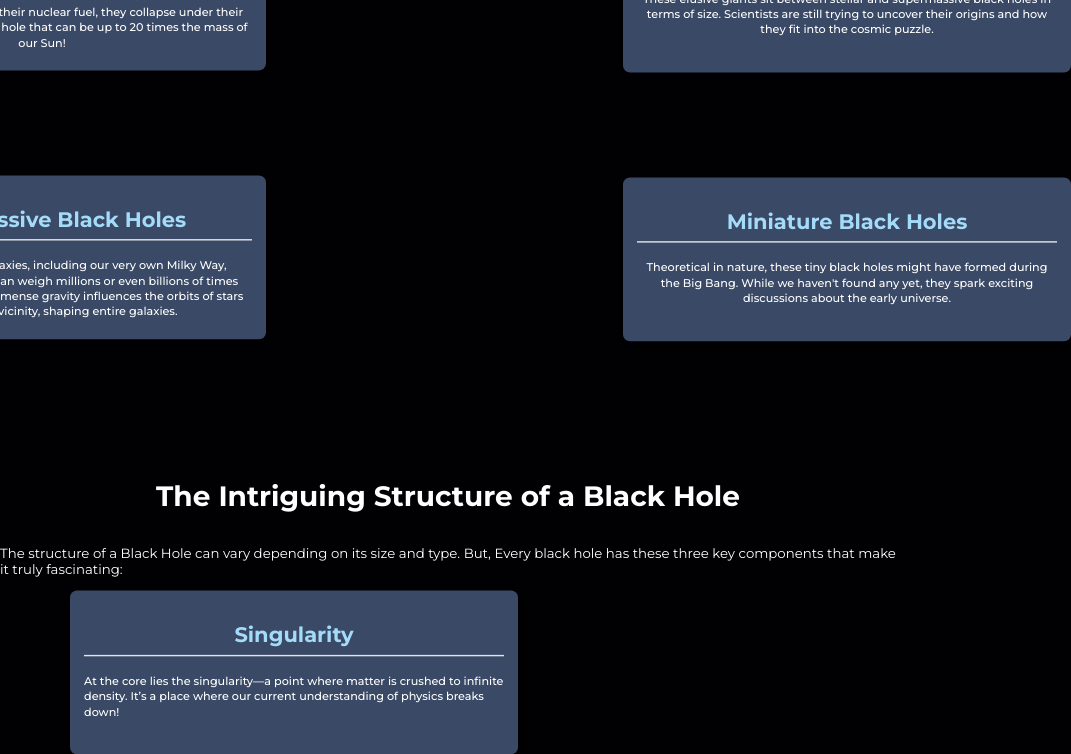
Repository: english-only/Space-Website
Page: black_hole.html
The author's editor kept a copy of each file at every save. The page is drawn from the files as they stood at one save, then again after the next save.
The browser window is 1280 px wide. The page is 1530 px wide, so the pictures cover 1530 px, including what lies to the right of the window. The pictures show the part of the page from y = 1302 to 2902 px (the page is 2379 px tall before and 2902 px after), at 70% of full size.
Backgrounds fixed to the window are drawn as part of the page.

Above is the page before, as saved 2025-04-14 13:34:14.

### black_hole.html
<!DOCTYPE html>
<html lang="en">
  <head>
    <meta charset="utf-8" />
    <meta http-equiv="X-UA-Compatible" content="IE=edge" />
    <title>Welcome to Space</title>
    <meta name="viewport" content="width=device-width, initial-scale=1" />
    <link rel="stylesheet" type="text/css" media="screen" href="main.css" />
  </head>
  <body>
    <div class="background-2 fade-in"></div>
    <div class="wrapper fade-in">
      <nav class="navbar fade-in">
        <a href="index.html"
          ><button class="nav-button fade-in">Home</button></a
        >
        <a href="black_hole.html"
          ><button class="nav-button fade-in">Black Holes</button></a
        >
        <a href="supernovas.html"
          ><button class="nav-button fade-in">Supernovas</button></a
        >
        <a href="nebulas.html"
          ><button class="nav-button fade-in">Nebulas</button></a
        >
      </nav>
      <div class="page-2-hero fade-in">
        <h2>Black Holes:<br />Light Bends, Time Slows</h2>
      </div>
    </div>
    <div class="container">
      <div class="stupid-text">
        <h1>Types of Black Holes: The Cosmic Giants</h1>
        <p>
          Black holes come in various sizes and types, each with its own unique
          characteristics. Let's explore them:
        </p>
      </div>

      <div class="black-hole-container">
        <div class="black-hole-type">
          <h2 class="">Stellar-Mass Black Holes</h2>
          <div class="content">
            <p>
              These incredible objects form when massive stars reach the end of
              their life cycles. After exhausting their nuclear fuel, they
              collapse under their own gravity, creating a black hole that can
              be up to 20 times the mass of our Sun!
            </p>
          </div>
        </div>
        <div class="black-hole-type">
          <h2>Supermassive Black Holes</h2>
          <div class="content">
            <p>
              Found at the heart of galaxies, including our very own Milky Way,
              supermassive black holes can weigh millions or even billions of
              times more than the Sun. Their immense gravity influences the
              orbits of stars and gas in their vicinity, shaping entire
              galaxies.
            </p>
          </div>
        </div>
        <div class="black-hole-type u-idiot intermediate">
          <h2>Intermediate Black Holes</h2>
          <div class="content">
            <p>
              These elusive giants sit between stellar and supermassive black
              holes in terms of size. Scientists are still trying to uncover
              their origins and how they fit into the cosmic puzzle.
            </p>
          </div>
        </div>
        <div class="black-hole-type u-idiot miniature">
          <h2>Miniature Black Holes</h2>
          <div class="content">
            <p>
              Theoretical in nature, these tiny black holes might have formed
              during the Big Bang. While we haven't found any yet, they spark
              exciting discussions about the early universe.
            </p>
          </div>
        </div>
      </div>
    </div>
    <div class="stupid-text">
      <h1>The Intriguing Structure of a Black Hole</h1>
    </div>
    <div class="container-2">
      <div class="idk stupid-text">
        <p>
          The structure of a Black Hole can vary depending on its size and type.
          But, Every black hole has these three key components that make it
          truly fascinating:
        </p>
      </div>
      <div class="black-hole-type">
        <h2 class="text-ig">Singularity</h2>
        <div class="content">
          <p>
            At the core lies the singularity—a point where matter is crushed to
            infinite density. It’s a place where our current understanding of
            physics breaks down!
          </p>
        </div>
      </div>
    </div>
    <script>
      const background = document.querySelector('.background-2');
      let angle = 0;
      const radiusX = 800; // Horizontal radius
      const radiusY = 160; // Vertical radius
      let isAtTop = true;

      function moveBackground() {
        if (isAtTop) {
          // Calculate new position based on angle
          const x = Math.cos(angle) * radiusX; // X position based on cosine
          const y = Math.sin(angle) * radiusY; // Y position based on sine

          // Apply the new position (starting from right side)
          background.style.backgroundPosition = `calc(100% + ${x}px) ${
            50 + y
          }px`; // Center vertically

          // Increment angle for next frame
          angle += 0.0035; // Adjust this value to change speed
        }

        requestAnimationFrame(moveBackground);
      }

      // Start the animation
      moveBackground();
    </script>
  </body>
</html>

### main.css
@import url('https://fonts.googleapis.com/css2?family=Montserrat:ital,wght@0,100..900;1,100..900&display=swap');
@keyframes fadeIn {
  from {
    opacity: 0;
  }
  to {
    opacity: 1;
  }
}

@import url('https://fonts.googleapis.com/css2?family=Quicksand:wght@300..700&display=swap');

/* Fade-in class to be used on elements */
.fade-in {
  opacity: 0; /* Start invisible */
  animation: fadeIn 1s ease-in forwards; /* Apply fade-in animation */
}
body,
html {
  /* Ensure the body and html take full height */
  height: 100%;
  margin: 0;
  font-family: 'Montserrat';
  font-weight: 400;
  color: white;
}

body {
  /* Set a fallback background color */
  background-color: #010104;
}

.background {
  background-attachment: fixed;
  background-image: url('essay-gettyimages-1237093074.webp');
  background-size: cover;
  background-position: center;
  background-repeat: no-repeat;
  position: fixed; /* Keep background fixed while scrolling */
  height: 100vh;
  width: 100%;
  filter: brightness(25%);
  top: 0;
  left: 0;
  z-index: -10;
}

.wrapper {
  display: flex;
  flex-direction: column;
  justify-content: flex-start; /* Align items to the top */
  align-items: center; /* Center items horizontally */
  height: 600px;
  position: relative;
  padding-top: 20px;
  opacity: 0; /* Start invisible */
  animation: fadeIn 0.5s ease-in forwards; /* Apply fade-in animation */
}

.navbar {
  display: flex;
  gap: 50px;
  margin-top: 5px; /* Adjust as needed for spacing from the top */
}

.nav-button {
  padding: 12px 20px;
  border: 2px solid white;
  background-color: rgba(0, 0, 0, 0.5);
  color: white;
  font-size: 16px;
  cursor: pointer;
  transition: background-color 0.3s, color 0.3s;
  font-family: 'Red Hat Display';
  font-weight: 600;
  font-size: 20px;
  width: 180px;
  border-radius: 800px;
  font-family: Montserrat;
}

.nav-button:hover {
  background-color: white;
  color: black;
}

.hero-text {
  color: white;
  font-size: 50px;
  font-weight: 700;
  text-align: center;
  padding: 0; /* Remove padding to minimize hover area */
  display: inline-block; /* Restrict hover area to text content */
  transition: text-shadow 0.3s ease-in-out, transform 0.3s ease-in-out; /* Smooth transition */
}

.hero-text:hover {
  text-shadow: 3px 4px 3px rgba(255, 255, 255, 0.7); /* White shadow */
  transform: translateY(-10px); /* Raised effect */
}

@keyframes fadeInOut {
  0% {
    opacity: 0.5;
  }
  50% {
    opacity: 1;
  }
  100% {
    opacity: 0.5;
  }
}

.card-wrapper {
  display: flex;
  flex-direction: column; /* Stack cards vertically */
  align-items: center; /* Center cards horizontally */
  margin-top: 50px; /* Adjusts space from the top */
}

.row {
  display: flex;
  gap: 650px; /* Space between the cards */
  justify-content: center; /* Center the row */
  align-items: flex-start; /* Align cards to the top */
}

.black_hole {
  margin-left: -100px; /* Move the Black Holes card to the left */
  width: 500px;
}

.black_hole a {
  margin-right: -450px;
}

.black_hole p {
  margin-left: 80px;
}

.cards {
  font-size: 25px;
  color: white;
  box-sizing: border-box;
  position: relative;
  top: -150px; /* Moves the element upwards */
  text-align: center;
}

.cards a {
  color: white;
  text-decoration: none;
  border: white 2px solid;
  display: inline-block;
  text-align: center;
  box-sizing: border-box;
  padding: 6px 20px;
  line-height: normal;
  transition: text-shadow 0.3s ease-in-out, transform 0.3s ease-in-out,
    background-color 0.3s ease-in-out, color 0.3s ease-in-out;
  border-radius: 600px;
}

.cards a:hover {
  text-shadow: 2px 2px 5px rgba(255, 255, 255, 0.7);
  transform: translateY(-5px);
  background-color: rgb(223, 223, 223);
  color: black;
}

.cards a h3 {
  margin: 0;
  padding: 0;
}

.cards p {
  margin-top: 15px;
  width: 800px; /* Adjust width to fit within card */
}

.cards p:hover {
  text-shadow: 2px 2px 5px rgba(255, 255, 255, 0.6);
  transform: translateY(-5px);
  transition: text-shadow 0.3s ease-in-out, transform 0.3s ease-in-out;
}

.nebula-card {
  margin-top: 100px;
}

.nebula-card a {
  justify-content: center;
  align-items: center;
  margin-left: 40px;
}

.nebula-card p {
  text-align: left;
  text-wrap: pretty;
  text-align: left; /* Align text to the left */
  width: 100%; /* Ensure the card takes the full width */
  margin-left: 100px;
  margin-right: 200px;
  max-width: 1750px;
  text-align: center; /* Align text to the center */
}

.videos {
  margin-top: 50px; /* Adjust the space below the Nebula card */
  text-align: center;
  width: 100%; /* Ensure it takes the full width */
  text-decoration: underline;
}

.videos h2 {
  position: relative; /* Ensure the text is positioned in normal flow */
  z-index: 1; /* Make sure it's above other content */
  pointer-events: auto; /* Allow text selection */
  overflow: visible; /* Ensure text is not clipped */
}

.video-links {
  display: grid;
  grid-template-columns: repeat(3, 400px); /* 3 columns, each 400px wide */
  grid-template-rows: repeat(2, 400px); /* 3 rows, each 400px tall */
  gap: 100px; /* Space between grid items */
  justify-content: center; /* Center the grid horizontally within the container */
  align-items: center; /* Center the grid items vertically */
  margin-top: -120px; /* Space above the grid (adjust this to decrease the gap) */
  margin-left: 160px;
  font-weight: 600;
}

.button-container {
  display: contents; /* Ensure buttons are placed directly in the grid */
}

.button-container a {
  display: block; /* Ensure buttons occupy full width of their grid cell */
  width: 215px; /* Full width of the grid cell */
  text-align: center;
  color: white;
  font-size: 20px;
  text-decoration: none; /* Remove underline */
  border: 2px solid white;
  padding: 8px 12px;
  border-radius: 600px;
  height: 30px;
  transition: background-color 0.3s, color 0.3s;
  margin-bottom: 10px; /* Decrease the space between the buttons and the text below */
  padding-top: 13px;
}

.button-container a:hover {
  background-color: white;
  color: black;
  font-weight: 700;
}

.images {
  display: contents; /* Ensure images are placed directly in the grid */
}

.black-hole-image,
.supernova-image,
.nebula-image {
  width: 100%; /* Full width of the grid cell */
  border: 2px solid white;
  border-radius: 20px;
  margin-top: -630px; /* Decrease the space between the images and the buttons above */
  margin-left: -10px;
}
.black-hole-image {
  transition: transform 0.3s ease-in-out;
}

.black-hole-image:hover {
  transform: scale(1.09);
}

.supernova-image {
  transition: transform 0.3s ease-in-out, opacity 1s ease-in;
}

.supernova-image:hover {
  transform: scale(1.09);
  animation: fadeIn 1s ease-in forwards;
}

.nebula-image {
  transition: transform 0.3s ease-in-out;
}

.nebula-image:hover {
  transform: scale(1.09);
}

.black-hole-image {
  width: 100%; /* Full width of the grid cell */
  border: 2px solid white;
  border-radius: 20px;
  margin-top: -630px; /* Decrease the space between the images and the buttons above */
  margin-left: -95px;
}

.supernova-image {
  width: 100%; /* Full width of the grid cell */
  border: 2px solid white;
  border-radius: 20px;
  margin-top: -630px; /* Decrease the space between the images and the buttons above */
  margin-left: -95px;
}

.nebula-image {
  height: 270px;
  width: auto;
  border: 2px solid white;
  border-radius: 20px;
  margin-top: -630px; /* Decrease the space between the images and the buttons above */
  margin-left: -125px;
}

/* page 2 from below */
.background-2 {
  background-attachment: fixed;
  background-image: url('thumb-1920-1346075.png');
  background-size: cover;
  background-position: 300px;
  background-repeat: no-repeat;
  position: fixed; /* Keep background fixed while scrolling */
  height: 100vh;
  width: 100%;
  z-index: -1; /* Place the background behind other content */
  filter: blur(5px) brightness(45%);
}

.page-2-hero {
  color: white;
  font-size: 50px;
  font-weight: 700;
  text-align: center;
  padding: 0; /* Remove padding to minimize hover area */
  display: inline-block; /* Restrict hover area to text content */
  transition: text-shadow 0.3s ease-in-out, transform 0.3s ease-in-out; /* Smooth transition */
}

.page-2-hero h2 {
  padding-top: 30px;
}

.page-2-hero:hover {
  text-shadow: 3px 4px 3px rgba(255, 255, 255, 0.7); /* White shadow */
  transform: translateY(-10px); /* Raised effect */
}

.container {
  max-width: 800px;
  margin: 0 auto;
  padding: 20px 0 20px 0;
  padding-bottom: 20px;
  text-align: center;
  margin-top: 360px;
}

.stupid-text {
  color: white;
}

.stupid-text p {
  font-size: 19px;
}

.stupid-text h1 {
  font-size: 40px;
  text-wrap: nowrap;
  text-decoration: ;
}

.stupid-text:hover {
  cursor: auto;
}

h1 {
  text-align: center;
  color: #ffffff;
}

.black-hole-type {
  background-color: #89aae96d;
  border-radius: 10px;
  padding: 20px;
  margin-bottom: 30px;
  box-shadow: 0 4px 6px rgba(0, 0, 0, 0.1);
  transition: transform 0.3s ease;
  max-width: 600px;
  margin-bottom: 150px;
  height: 194px;
  margin-left: 100px;
}

.black-hole-type:hover {
  transform: scale(1.02);
}

.content {
  align-items: baseline;
  gap: 20px;
  font-weight: 500;
  line-height: 22px;
  font-size: 16px;
}

.black-hole-type h2 {
  color: #a4dbf9;
  border-bottom: 2px solid #e5e5e5;
  padding-bottom: 10px;
  font-size: 30px;
}

.u-idiot {
  margin-left: 1250px;
  min-width: 600px;
}

.intermediate {
  margin-top: -765px;
  padding: 20px;
}

.black-hole-container {
  margin-left: -600px;
}

.black-hole-type {
  animation: fadeIn 1s ease-in;
}

.idk {
  display: flex;
  justify-content: center;
  align-items: center;
  width: 100%;
}
.text-ig {
  justify-content: center;
  align-items: center;
  width: 100%;
  display: flex;
}

@keyframes fadeIn {
  from {
    opacity: 0;
  }
  to {
    opacity: 1;
  }
}

@media (max-width: 600px) {
  .content {
    flex-direction: column;
  }
}

@keyframes fadeIn {
  from {
    opacity: 0;
  }
  to {
    opacity: 1;
  }
}

After the next save:
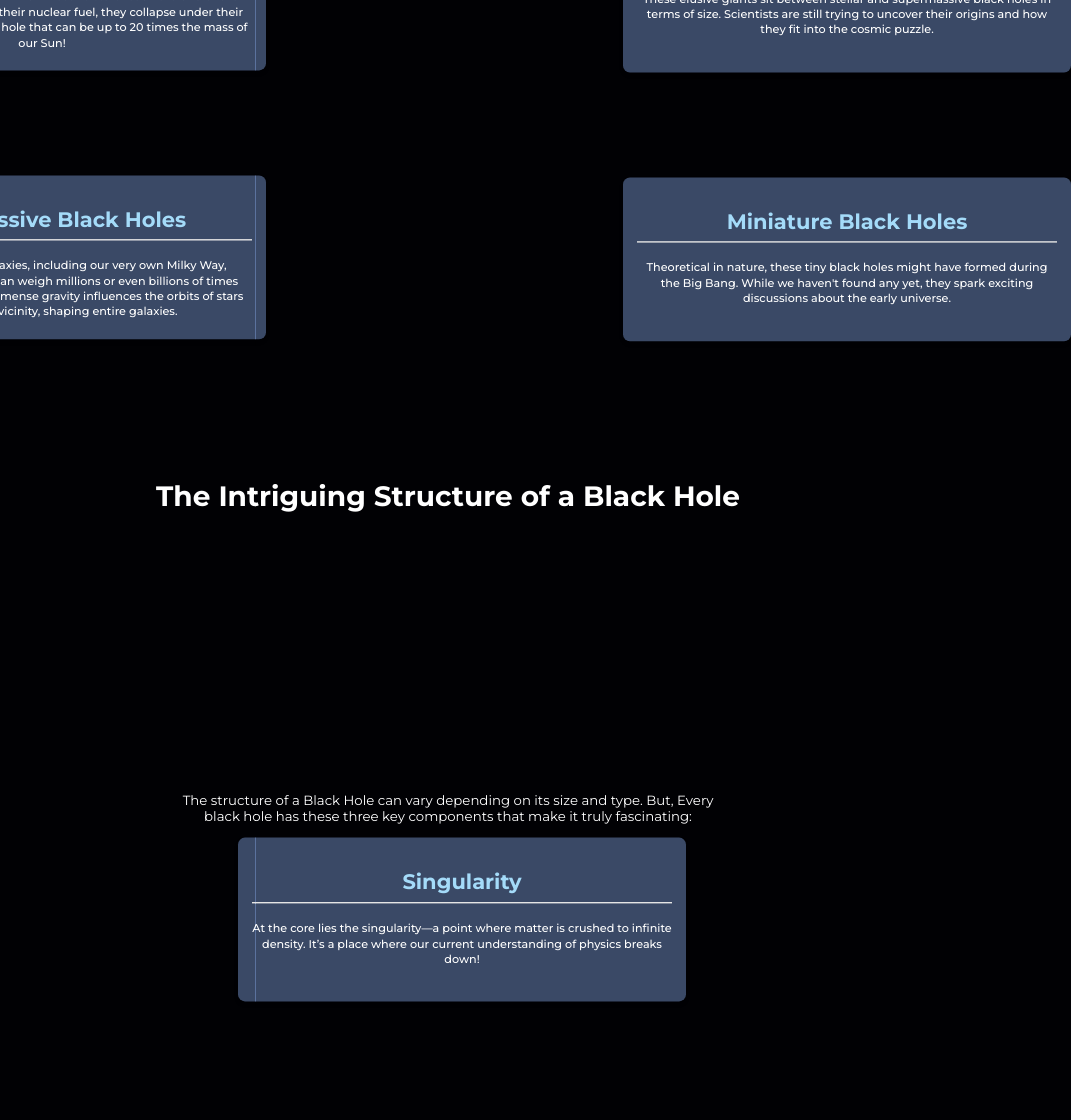
Saved 53 s later.
--- a/main.css
+++ b/main.css
@@ -435,6 +435,16 @@ h1 {
   animation: fadeIn 1s ease-in;
 }
 
+.container-2{
+  max-width: 800px;
+  margin: 0 auto;
+  padding: 20px 0 20px 0;
+  padding-bottom: 20px;
+  text-align: center;
+  margin-top: 360px;
+
+}
+
 .idk {
   display: flex;
   justify-content: center;
